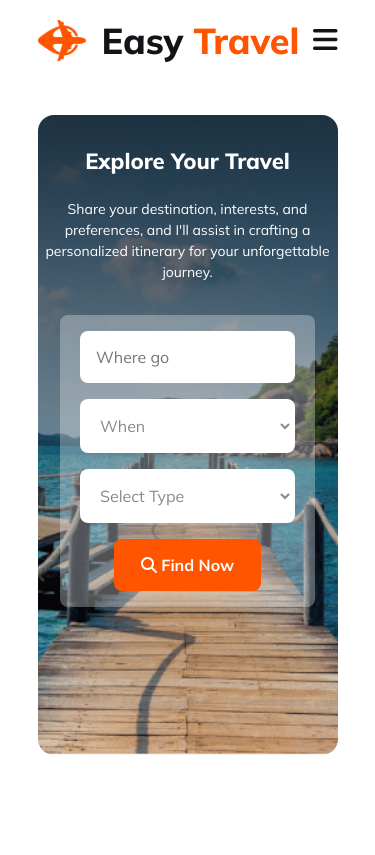
Repository: ShouravAhammed/Assignment-2
Page: index.html
These files come from the project's save history. The page is drawn as it stood at one moment and after the next save; the edit follows.
The browser window is 375 px wide. The pictures show the whole page.
Some web libraries are served in a nearby version.

Above is the page before, as saved 2024-01-16 04:20:27.

After the next save:
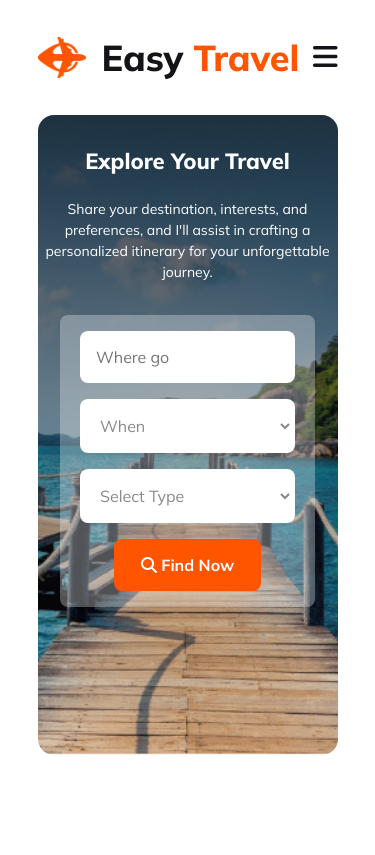
Saved 3 min 50 s later.
--- a/styles/style.css
+++ b/styles/style.css
@@ -176,7 +176,7 @@
 @media only screen and (max-width: 576px){
     /* navigation part css style */
     .navigation{
-        margin-top: 18px;
+        margin: 35px 0;
     }
     .checkbtn{
         display: block;
